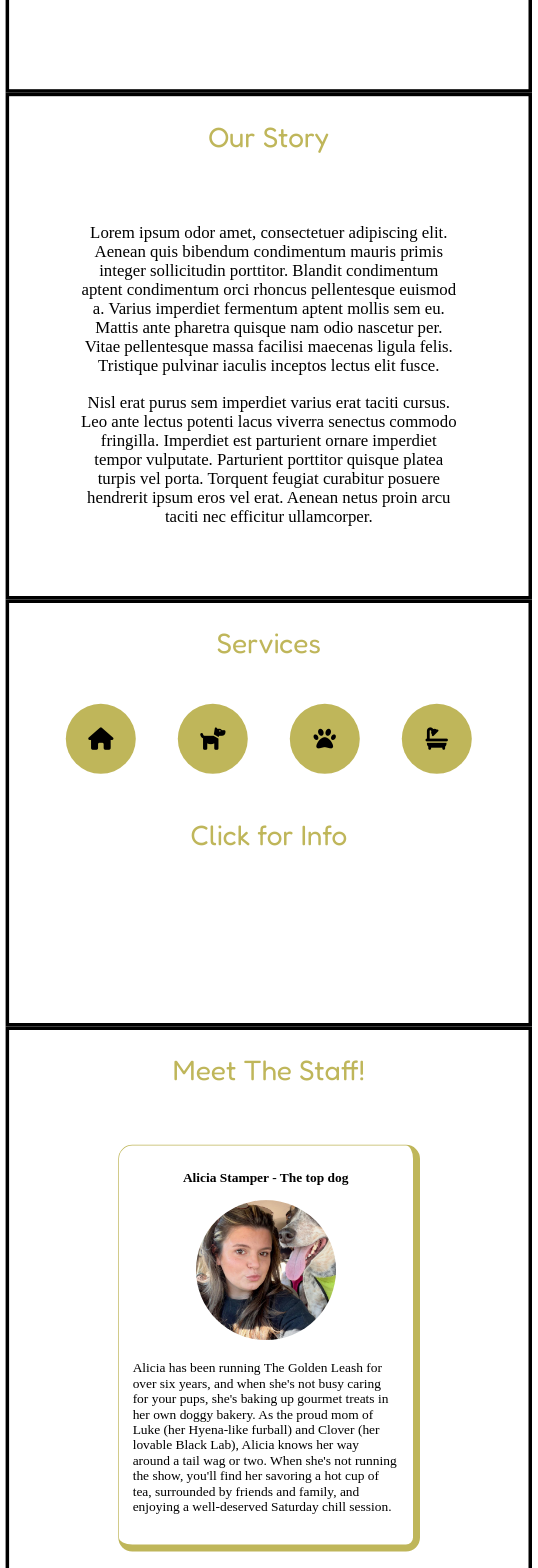
Repository: Aworminator/Thegoldenleash
Page: index.html
The author's editor kept a copy of each file at every save. The page is drawn from the files as they stood at one save, then again after the next save.
The browser window is 768 px wide. The pictures show the part of the page from y = 1168 to 3408 px (the page is 6782 px tall), at 70% of full size.

Above is the page before, as saved 2025-07-14 15:55:45.

### index.html
<!DOCTYPE html>
<html lang="en">
  <head>
    <meta charset="UTF-8" />
    <meta name="viewport" content="width=device-width, initial-scale=1.0" />
    <title>The Golden Leash</title>
    <link
      rel="stylesheet"
      href="https://cdnjs.cloudflare.com/ajax/libs/font-awesome/6.5.0/css/all.min.css"
      integrity="sha512-..."
      crossorigin="anonymous"
      referrerpolicy="no-referrer"
    />
    <link rel="stylesheet" href="style.css" />
    <link rel="preconnect" href="https://fonts.googleapis.com" />
    <link rel="preconnect" href="https://fonts.gstatic.com" crossorigin />
    <link
      href="https://fonts.googleapis.com/css2?family=Fredoka:wght@300..700&display=swap"
      rel="stylesheet"
    />

    <!-- Everything is great. Look up ideas on how to make everything else translate
    with media query. The logo is fixed, however, other things get messed up after
    the resolution hits a certain point. Figure out how to fix that next. -->
  </head>
  <body>
    <section class="home-page">
      <div class="image-container">
        <div>
          <img src="./Images/GoldenLeashLogo No Nose.png" class="logo" />
        </div>

        <ul class="list">
          <li class="story">Our Story</li>
          <li>Services</li>
          <li>Contact Us</li>
        </ul>
      </div>
    </section>

    <section class="our-story">
      <h1>Our Story</h1>
      <p class="story-info">
        Lorem ipsum odor amet, consectetuer adipiscing elit. Aenean quis
        bibendum condimentum mauris primis integer sollicitudin porttitor.
        Blandit condimentum aptent condimentum orci rhoncus pellentesque euismod
        a. Varius imperdiet fermentum aptent mollis sem eu. Mattis ante pharetra
        quisque nam odio nascetur per. Vitae pellentesque massa facilisi
        maecenas ligula felis. Tristique pulvinar iaculis inceptos lectus elit
        fusce. <br /><br />
        Nisl erat purus sem imperdiet varius erat taciti cursus. Leo ante lectus
        potenti lacus viverra senectus commodo fringilla. Imperdiet est
        parturient ornare imperdiet tempor vulputate. Parturient porttitor
        quisque platea turpis vel porta. Torquent feugiat curabitur posuere
        hendrerit ipsum eros vel erat. Aenean netus proin arcu taciti nec
        efficitur ullamcorper.
      </p>
    </section>

    <section class="services">
      <h1>Services</h1>
      <div class="icon-container">
        <i class="fa-solid fa-house" id="icon"></i>
        <i class="fa-solid fa-dog" id="icon"></i>
        <i class="fa-solid fa-paw" id="icon"></i>
        <i class="fa-solid fa-bath" id="icon"></i>
      </div>
      <h1>Click for Info</h1>
      <p class="service-info">
        At The Golden Leash, we bring personalized care directly to you! Our
        team will stop by to check on your dog and take them for a walk tailored
        to their needs. Each walk typically lasts around 45 minutes, giving your
        pup plenty of exercise and attention. <br /><br />
        Your dog's safety and well-being are our top priorities. That’s why we
        monitor the weather closely, ensuring your furry friend isn’t exposed to
        unsafe conditions. We avoid walks in temperatures below 28°F, and during
        extreme heat, we’ll adjust walk times to protect your dog’s paws from
        hot sidewalks. Because your dog deserves the very best care—rain, shine,
        or snow!
      </p>
    </section>

    <section class="staff">
      <h1>Meet The Staff!</h1>
      <div id="staff-cards"></div>
    </section>

    <section class="contact">
      <h1>Contact Us</h1>
      <form class="contact-form">
        <div class="form-group">
          <label for="name">Name</label>
          <input type="text" id="name" name="name" required />
        </div>
        <div class="form-group">
          <label for="email">Email</label>
          <input type="email" id="email" name="email" required />
        </div>
        <div class="form-group">
          <label for="message">Message</label>
          <textarea id="message" name="message" rows="5" required></textarea>
        </div>
        <button type="submit" class="contact-btn">Send Message</button>
      </form>
    </section>
    <script src="script.js"></script>
  </body>
</html>

### style.css
h1 {
  font-family: "Fredoka", serif;
  font-optical-sizing: auto;
  font-weight: 400; /* Replace <weight> with a valid value */
  font-style: normal;
  color: #bfb65a;
  font-variation-settings: "wdth" 100;
  text-align: center;
  font-size: 4em;
}

h2 {
  text-align: center;
}

.image-container {
  display: flex;
  flex-direction: row;
  justify-content: space-around;
}

.home-page {
  border: black solid 5px;
  min-height: 50vh;
}

.services,
.staff,
.contact,
.our-story {
  border: black solid 5px;
  min-height: 600px;
}

.logo {
  width: 100%;
  max-width: 600px; /* or whatever the largest size you want */
  height: auto;
  display: block;
}

.list {
  font-size: 3em;
  padding: 50px;
}

li {
  font-family: "Fredoka", serif;
  font-optical-sizing: auto;
  font-weight: 400; /* Replace <weight> with a valid value */
  font-style: normal;
  color: #bfb65a;
  font-variation-settings: "wdth" 100;
  font-size: 1.3em;
  margin-bottom: 80px;
  text-shadow: 3px 3px 0px rgba(191, 183, 90, 0.336),
    0 0 16px rgba(191, 182, 90, 0.25);
}

.icon-container {
  display: flex;
  justify-content: center;
}

#icon {
  background-color: #bfb65a;
  width: 100px;
  aspect-ratio: 1 / 1;
  border-radius: 50%;
  display: flex;
  justify-content: center;
  align-items: center;
  font-size: 2em;
  margin: 30px;
}

#icon:hover {
  transform: scale(1.1);
  transition: transform 0.2s;
}

#icon:active {
  transform: scale(0.9);
  transition: transform 0.2s;
}

.service-info,
.story-info {
  text-align: center;
  font-size: 1.5rem;
  margin: 100px;
}

.service-info {
  display: none;
  background-color: rgb(182, 182, 182);
  border-radius: 10px;
  padding: 5px;
  animation: slide-fwd-tr 1.3s cubic-bezier(0.25, 0.46, 0.45, 0.94) both;
}

.card {
  min-height: 400px;
  width: 400px;
  border: none;
  border-bottom: 10px solid #bfb65a;
  border-right: 10px solid #bfb65a;
  border-top: 1px solid #bfb65a;
  border-left: 1px solid #bfb65a;
  border-radius: 20px;
  display: flex;
  flex-direction: column;
  justify-content: center;
  align-items: center;
  margin: 50px;
  padding: 10px;
}

.profile-pic {
  height: 200px;
  border-radius: 50%;
  object-fit: cover;
  object-position: top;
  width: 200px;
}

.profile-pic:hover {
  transform: scale(1.15);
  transition: transform 0.2s;
}

#staff-cards {
  display: flex;
  flex-direction: row;
  flex-wrap: wrap;
  align-items: center;
  justify-content: space-around;
}

.staff-info {
  padding: 30px;
  font-size: 1.1em;
}

@keyframes slide-fwd-tr {
  0% {
    opacity: 0%;
    transform: translateZ(180px) translateY(120px) translateX(-120px);
  }
  100% {
    opacity: 100%;
    transform: translateZ(0px) translateY(0px) translateX(0px);
  }
}

@media (max-width: 900px) {
  .image-container {
    flex-direction: column;
    align-items: center;
  }

  .info {
    font-size: 1em;
  }

  .staff-info {
    font-size: 1.2em;
    overflow: visible;
    padding: 10px;
  }

  .card {
    height: 550px;
  }

  h1 {
    font-size: 2.5em;
  }

  h2 {
    font-size: 1.2em;
    padding: 5px;
  }

  #icon {
  }
}

@media (max-width: 600px) {
  .contact-form {
    padding: 18px 8px 14px 8px;
    max-width: 95vw;
  }
}

/* Contact Form Styles */
.contact-form {
  max-width: 500px;
  margin: 40px auto 0 auto;
  border-radius: 16px;
  box-shadow: 0 4px 24px rgba(191, 182, 90, 0.15);
  padding: 32px 28px 24px 28px;
  display: flex;
  flex-direction: column;
  gap: 18px;
}
.form-group {
  display: flex;
  flex-direction: column;
  gap: 6px;
}
.contact-form label {
  font-size: 1.1em;
  color: black;
  font-weight: 600;
  margin-bottom: 2px;
}
.contact-form input,
.contact-form textarea {
  padding: 10px 12px;
  border: 1.5px solid black;
  border-radius: 8px;
  font-size: 1em;
  font-family: inherit;
  transition: border 0.2s;
}
.contact-form input:focus,
.contact-form textarea:focus {
  outline: none;
  border: 2px solid black;
}
.contact-btn {
  background: #bfb65a;
  color: #fff;
  border: none;
  border-radius: 8px;
  padding: 12px 0;
  font-size: 1.1em;
  font-weight: 700;
  cursor: pointer;
  margin-top: 10px;
  box-shadow: 0 2px 8px rgba(191, 182, 90, 0.12);
  transition: background 0.2s, transform 0.2s;
}
.contact-btn:hover {
  background: #a49e4a;
  transform: translateY(-2px) scale(1.03);
}

### script.js
const staffMembers = [
  {
    name: "Alicia Stamper",
    title: "The top dog",
    image: "./Images/Staff Pictures/Alicia TGL Picture.jpg",
    info: "Alicia has been running The Golden Leash for over six years, and when she's not busy caring for your pups, she's baking up gourmet treats in her own doggy bakery. As the proud mom of Luke (her Hyena-like furball) and Clover (her lovable Black Lab), Alicia knows her way around a tail wag or two. When she's not running the show, you'll find her savoring a hot cup of tea, surrounded by friends and family, and enjoying a well-deserved Saturday chill session.",
  },
  {
    name: "Toni Garnica",
    title: "The partner in paws",
    image: "./Images/Staff Pictures/Toni TGL Picture.jpg",
    info: "Toni joined forces with Alicia in 2020 to make The Golden Leash the bark-tastic business it is today. She's happily married to Alec Garnica, her husband and fellow adventurer, and together they parents of : Obi (their devoted German Shepherd) and their mischievous feline sons, Po (Tuxedo Cat) and Hopper (Black Cat). Toni's all about loving her people, exploring her creative passions, and walking through life with God by her side—usually with Obi in tow.",
  },
  {
    name: "Brooke Edwards",
    title: "The Ball of Energy",
    image: "./Images/Staff Pictures/Brooke TGL Picture.jpg",
    info: "Since 2021, Brooke has been bringing boundless enthusiasm to The Golden Leash team. Happily married to her husband, Elijah, Brooke is also the proud mom of Sadie, her adorable Doodle, who's got the fluffiest tail wag around. Whether it's playing with the pups or brightening everyone's day, Brooke's energy is as contagious as Sadie's zoomies.",
  },
  {
    name: "Carolyn Lesko",
    title: "The Wildcard",
    image: "./Images/Staff Pictures/Carolyn TGL Picture.jpg",
    info: "Carolyn is the undisputed wildcard of The Golden Leash crew. Whether she's quoting tik tok meme's, playing a mean game of Gang Beasts on her days off, or keeping things exciting, Carolyn keeps us all on our toes. She's the proud mom of her dog (to be named and praised at a later date). Fun fact: Carolyn is allergic to grass and being on time.",
  },
  {
    name: "Lisa",
    title: "The Backbone of the pack",
    image: "./Images/Staff Pictures/Lisa and rip Van Winkle.png",
    info: "Lisa is the kind of hard worker who makes everything run like clockwork at The Golden Leash. With her unmatched dedication and a can-do attitude, she's the go-to person for getting things done. Whether it's caring for pups, organizing schedules, or simply being awesome, Lisa brings a level of expertise and warmth that every team dreams of having. We're lucky to have her!",
  },
];

const house = document.querySelector(".fa-house");
const serviceInfo = document.querySelector(".service-info");
const service = document.querySelector(".services");
const staffCards = document.querySelector("#staff-cards");

house.addEventListener("click", () => {
  serviceInfo.style.display = "block";
  serviceInfo.scrollIntoView({ behavior: "smooth" });
});

staffMembers.forEach((person) => {
  const newCard = document.createElement("div");
  newCard.classList.add("card");
  newCard.innerHTML = `<h2>${person.name} - ${person.title}</h2>
          <img
            src="${person.image}"
            alt="${person.name} Profile-Pic"
            class="profile-pic"
          />
          <p class="staff-info">
            ${person.info}
          </p>`;
  staffCards.appendChild(newCard);
});

After the next save:
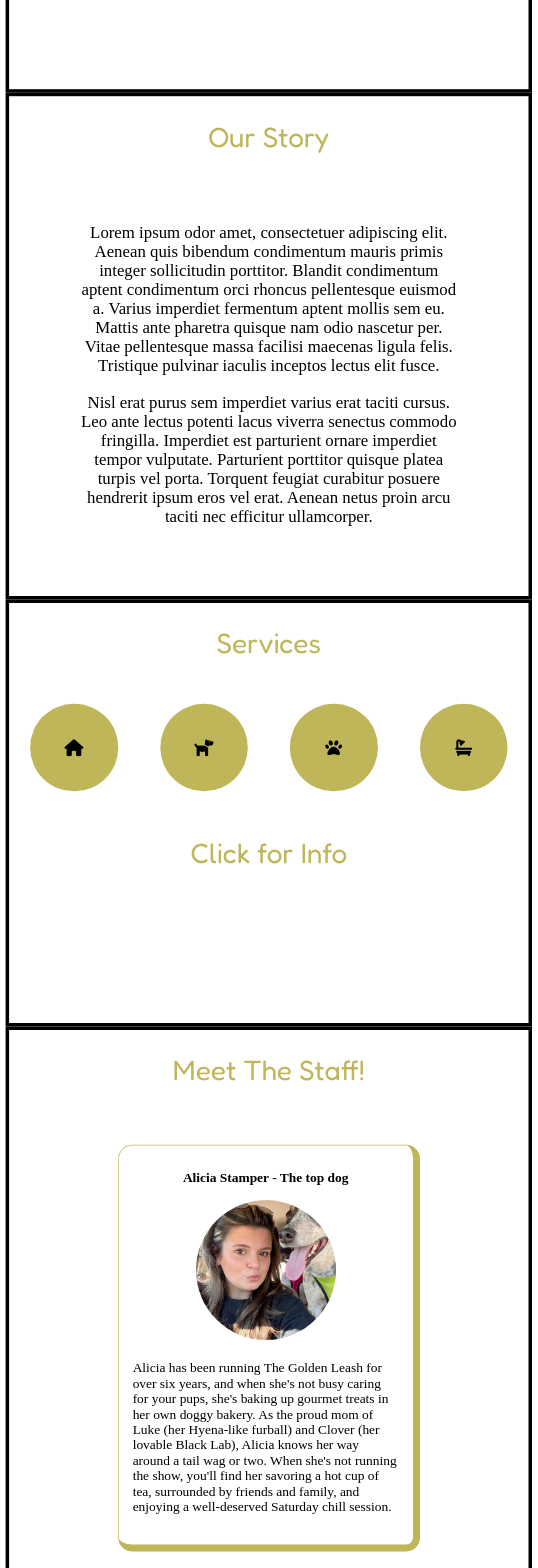
Saved 3 min 37 s later.
--- a/style.css
+++ b/style.css
@@ -64,7 +64,7 @@ li {
 
 #icon {
   background-color: #bfb65a;
-  width: 100px;
+  width: 40%;
   aspect-ratio: 1 / 1;
   border-radius: 50%;
   display: flex;
@@ -161,6 +161,10 @@ li {
 
   .info {
     font-size: 1em;
+  }
+
+  #icon {
+    font-size: 1.5em;
   }
 
   .staff-info {
